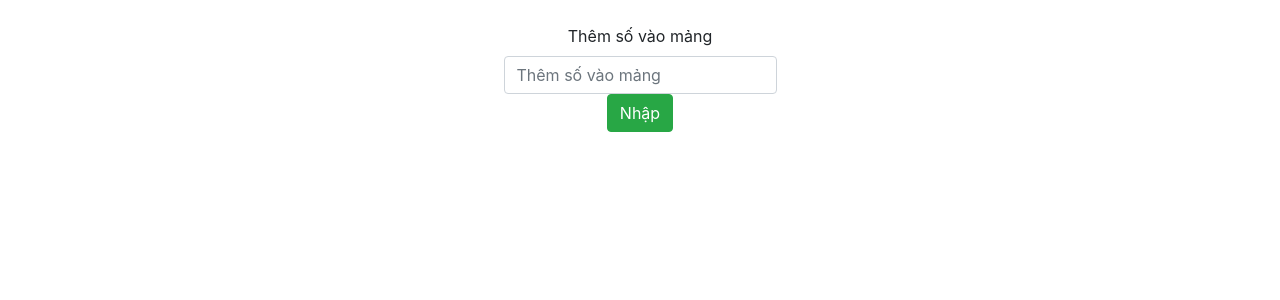
Repository: baobaodeveloper/bootcamp21__array__HuynhAnhBao
Page: index.html
The author's editor kept a copy of each file at every save. The page is drawn from the files as they stood at one save, then again after the next save.
The browser window is 1280 px wide. The pictures show the whole page.

Above is the page before, as saved 2022-03-20 16:29:03.

### index.html
<!DOCTYPE html>
<html lang="en">
  <head>
    <title>JavaScript Array</title>
    <!-- Required meta tags -->
    <meta charset="utf-8" />
    <meta
      name="viewport"
      content="width=device-width, initial-scale=1, shrink-to-fit=no"
    />

    <!-- Bootstrap CSS -->
    <link
      rel="stylesheet"
      href="https://stackpath.bootstrapcdn.com/bootstrap/4.3.1/css/bootstrap.min.css"
      integrity="sha384-ggOyR0iXCbMQv3Xipma34MD+dH/1fQ784/j6cY/iJTQUOhcWr7x9JvoRxT2MZw1T"
      crossorigin="anonymous"
    />
  </head>
  <body>
    <div class="container d-flex justify-content-center align-items-center p-4">
      <div class="mb-3 text-center w-25">
        <label for="formGroupExampleInput" class="form-label"
          >Thêm số vào mảng</label
        >
        <input
          type="number"
          class="form-control"
          id="number"
          placeholder="Thêm số vào mảng"
        />
        <button type="button" class="btn btn-success" id="input">Nhập</button>
      </div>
    </div>
    <!-- Optional JavaScript -->
    <!-- jQuery first, then Popper.js, then Bootstrap JS -->
    <script
      src="https://code.jquery.com/jquery-3.3.1.slim.min.js"
      integrity="sha384-q8i/X+965DzO0rT7abK41JStQIAqVgRVzpbzo5smXKp4YfRvH+8abtTE1Pi6jizo"
      crossorigin="anonymous"
    ></script>
    <script
      src="https://cdnjs.cloudflare.com/ajax/libs/popper.js/1.14.7/umd/popper.min.js"
      integrity="sha384-UO2eT0CpHqdSJQ6hJty5KVphtPhzWj9WO1clHTMGa3JDZwrnQq4sF86dIHNDz0W1"
      crossorigin="anonymous"
    ></script>
    <script
      src="https://stackpath.bootstrapcdn.com/bootstrap/4.3.1/js/bootstrap.min.js"
      integrity="sha384-JjSmVgyd0p3pXB1rRibZUAYoIIy6OrQ6VrjIEaFf/nJGzIxFDsf4x0xIM+B07jRM"
      crossorigin="anonymous"
    ></script>
    <script src="app.js"></script>
  </body>
</html>

Loaded but not shown: app.js (no copy from this time; the picture is the same without it)

After the next save:
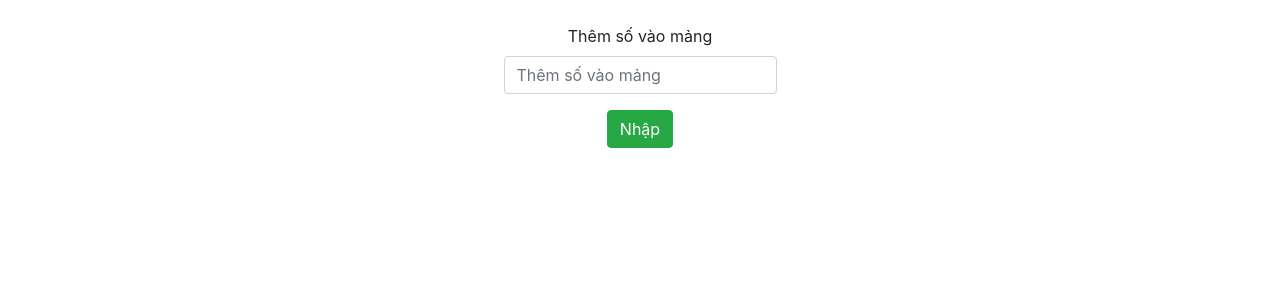
Saved 14 s later.
--- a/index.html
+++ b/index.html
@@ -29,7 +29,9 @@
           id="number"
           placeholder="Thêm số vào mảng"
         />
-        <button type="button" class="btn btn-success" id="input">Nhập</button>
+        <button type="button" class="btn btn-success m-3" id="input">
+          Nhập
+        </button>
       </div>
     </div>
     <!-- Optional JavaScript -->
